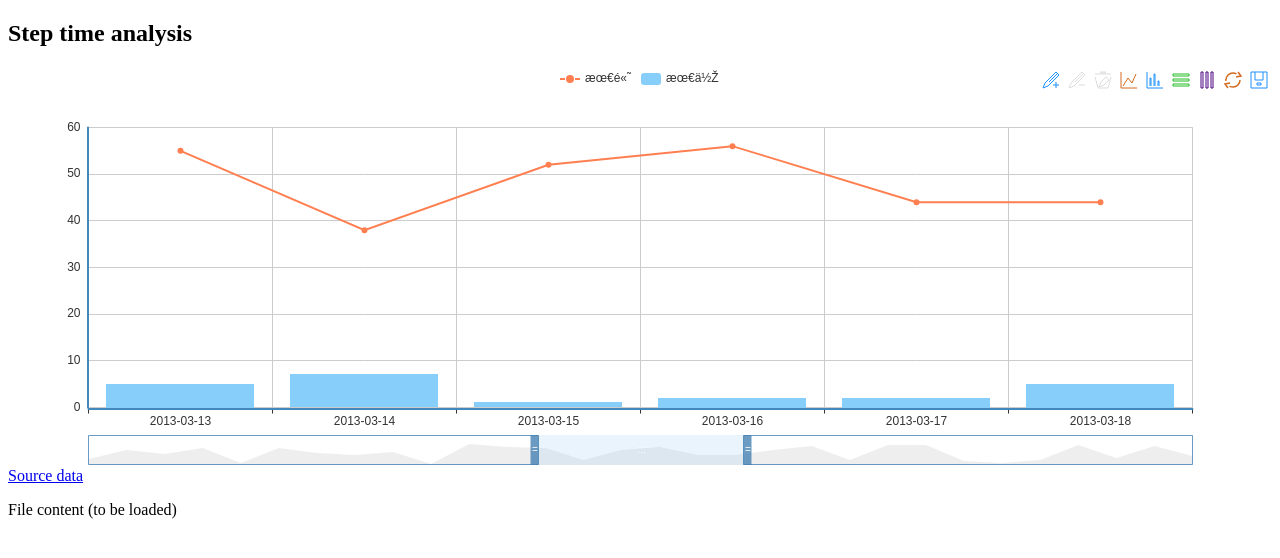
Repository: shutterfly2011/apache
Page: eChartTest/WebContent/ChartEvent.html
These files come from the project's save history. The page is drawn as it stood at one moment and after the next save; the edit follows.
The browser window is 1280 px wide. The pictures show the whole page.

Above is the page before, as saved 2015-10-14 03:38:14.
Console error (its wording comes from the project's code and is left out).

### eChartTest/WebContent/ChartEvent.html
<!DOCTYPE html>
<html>
<head>
<meta charset="ISO-8859-1">
<title>Step Time Analysis</title>
<script src="js/echarts.js"></script>
<!-- <script src="js/jquery-2.1.4.min.js"></script>-->
<!-- <script src="js/jquery.csv-0.71.js"></script>  -->
<script type="text/javascript">

var option = {
	    tooltip : {
	        trigger: 'axis'
	    },
	    legend: {
	        data:['最高','最低']
	    },
	    toolbox: {
	        show : true,
	        feature : {
	            mark : {show: true},
	            dataView : {readOnly:false},
	            magicType : {show: true, type: ['line', 'bar', 'stack', 'tiled']},
	            restore : {show: true},
	            saveAsImage : {show: true}
	        }
	    },
	    calculable : true,
	    dataZoom : {
	        show : true,
	        realtime : true,
	        start : 40,
	        end : 60
	    },
	    xAxis : [
	        {
	            type : 'category',
	            boundaryGap : true,
	            data : function (){
	                var list = [];
	                for (var i = 1; i <= 30; i++) {
	                    list.push('2013-03-' + i);
	                }
	                return list;
	            }()
	        }
	    ],
	    yAxis : [
	        {
	            type : 'value'
	        }
	    ],
	    series : [
	        {
	            name:'最高',
	            type:'line',
	            data:function (){
	                var list = [];
	                for (var i = 1; i <= 30; i++) {
	                    list.push(Math.round(Math.random()* 30) + 30);
	                }
	                return list;
	            }()
	        },
	        {
	            name:'最低',
	            type:'bar',
	            data:function (){
	                var list = [];
	                for (var i = 1; i <= 30; i++) {
	                    list.push(Math.round(Math.random()* 10));
	                }
	                return list;
	            }()
	        }
	    ]
	};
	var ecConfig = require('echarts/config');
	function eConsole(param) {
	    var mes = '【' + param.type + '】';
	    if (typeof param.seriesIndex != 'undefined') {
	        mes += '  seriesIndex : ' + param.seriesIndex;
	        mes += '  dataIndex : ' + param.dataIndex;
	    }
	    if (param.type == 'hover') {
	        document.getElementById('hover-console').innerHTML = 'Event Console : ' + mes;
	    }
	    else {
	        document.getElementById('console').innerHTML = mes;
	    }
	    console.log(param);
	}
	/*
	// -------全局通用
	REFRESH: 'refresh',
	RESTORE: 'restore',
	RESIZE: 'resize',
	CLICK: 'click',
	DBLCLICK: 'dblclick',
	HOVER: 'hover',
	MOUSEOUT: 'mouseout',
	// -------业务交互逻辑
	DATA_CHANGED: 'dataChanged',
	DATA_ZOOM: 'dataZoom',
	DATA_RANGE: 'dataRange',
	DATA_RANGE_HOVERLINK: 'dataRangeHoverLink',
	LEGEND_SELECTED: 'legendSelected',
	LEGEND_HOVERLINK: 'legendHoverLink',
	MAP_SELECTED: 'mapSelected',
	PIE_SELECTED: 'pieSelected',
	MAGIC_TYPE_CHANGED: 'magicTypeChanged',
	DATA_VIEW_CHANGED: 'dataViewChanged',
	TIMELINE_CHANGED: 'timelineChanged',
	MAP_ROAM: 'mapRoam',
	*/
	myChart.on(ecConfig.EVENT.CLICK, eConsole);
	myChart.on(ecConfig.EVENT.DBLCLICK, eConsole);
	//myChart.on(ecConfig.EVENT.HOVER, eConsole);
	myChart.on(ecConfig.EVENT.DATA_ZOOM, eConsole);
	myChart.on(ecConfig.EVENT.LEGEND_SELECTED, eConsole);
	myChart.on(ecConfig.EVENT.MAGIC_TYPE_CHANGED, eConsole);
	myChart.on(ecConfig.EVENT.DATA_VIEW_CHANGED, eConsole);


</script>
</head>
<body>
	<h2>Step time analysis</h2>
	<div id="chart" style="height:400px"></div>

	<!-- <a id="sourceFile" href="c:/Apache24/htdocs/eChartTest/StepTimeStat.csv">Source data</a> -->
	<!-- <a id="sourceFile" href="http://usfrpvmesepitc2.dow.com/lab/StepTimeStatWithTargets.csv">Source data</a> -->
	<a id="sourceFile" href="http://localhost/eChartTest/StepTimeStatWithTargets.csv">Source data</a>
	<p>
		<a id="fileContent">File content (to be loaded)</a>
	</p>
	<script type="text/javascript">
	require.config({
        paths: {
            echarts: 'js'
        }
    });
	require(
            [
                'echarts',
                'echarts/chart/line','echarts/chart/bar'  // require the specific chart type
            ],
            function (ec) {
            	chart = ec.init(document.getElementById('chart'));
            	chart.setOption(option);
            }
    );

	</script>
	<script type="text/javascript">

	</script>
</body>
</html>

Loaded but not shown: eChartTest/WebContent/js/echarts.js (library); eChartTest/WebContent/js/chart/line.js (library); eChartTest/WebContent/js/chart/bar.js (library)

After the next save:
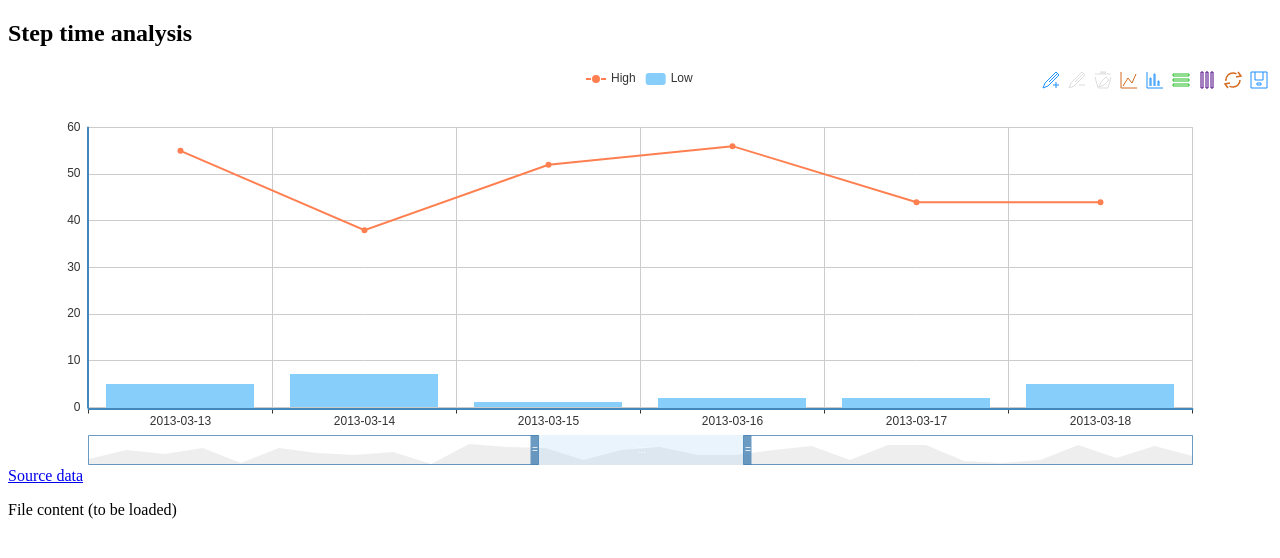
Saved 6 min 57 s later.
--- a/eChartTest/WebContent/ChartEvent.html
+++ b/eChartTest/WebContent/ChartEvent.html
@@ -13,7 +13,7 @@ var option = {
 	        trigger: 'axis'
 	    },
 	    legend: {
-	        data:['最高','最低']
+	        data:['High','Low']
 	    },
 	    toolbox: {
 	        show : true,
@@ -52,7 +52,7 @@ var option = {
 	    ],
 	    series : [
 	        {
-	            name:'最高',
+	            name:'High',
 	            type:'line',
 	            data:function (){
 	                var list = [];
@@ -63,7 +63,7 @@ var option = {
 	            }()
 	        },
 	        {
-	            name:'最低',
+	            name:'Low',
 	            type:'bar',
 	            data:function (){
 	                var list = [];
@@ -91,7 +91,7 @@ var option = {
 	    console.log(param);
 	}
 	/*
-	// -------全局通用
+	// -------global
 	REFRESH: 'refresh',
 	RESTORE: 'restore',
 	RESIZE: 'resize',
@@ -99,7 +99,7 @@ var option = {
 	DBLCLICK: 'dblclick',
 	HOVER: 'hover',
 	MOUSEOUT: 'mouseout',
-	// -------业务交互逻辑
+	// -------yewu jiao hu luoji
 	DATA_CHANGED: 'dataChanged',
 	DATA_ZOOM: 'dataZoom',
 	DATA_RANGE: 'dataRange',
